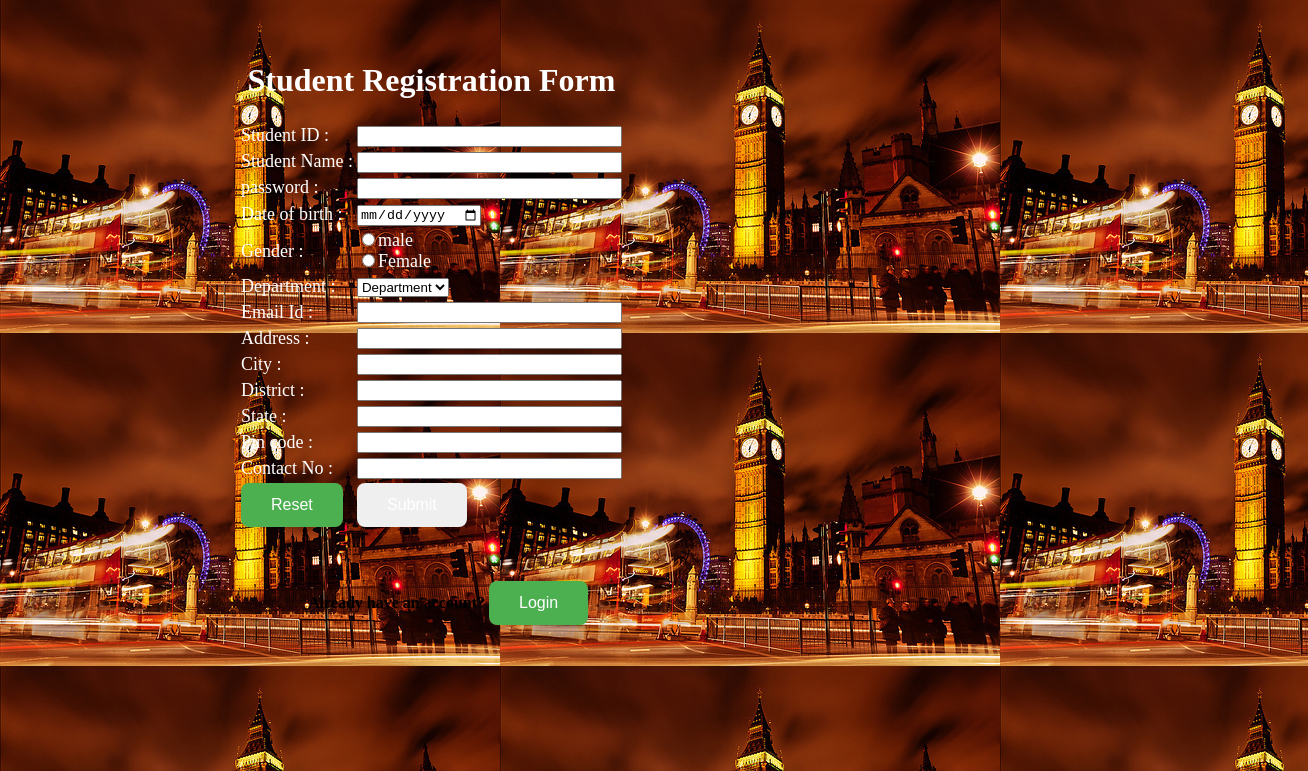
Repository: srikanthModugu/jdbc-servlet-jsp
Page: SutudentRegistration/WebContent/Registration.html
The author's editor kept a copy of each file at every save. The page is drawn from the files as they stood at one save, then again after the next save.
The browser window is 1280 px wide. The page is 1308 px wide, so the pictures cover 1308 px, including what lies to the right of the window. The pictures show the whole page.

Above is the page before, as saved 2017-10-02 14:44:11.
Console error: SyntaxError: Unexpected end of input

After the next save:
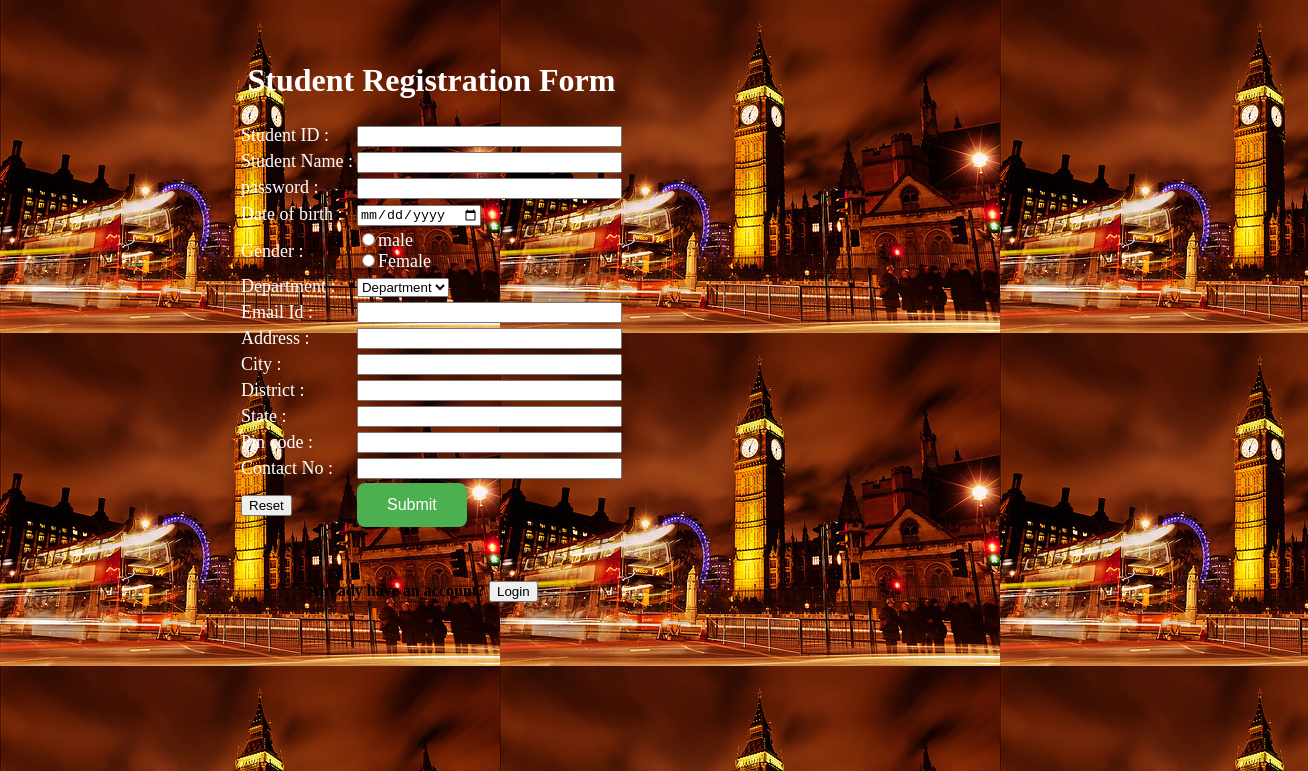
Saved 23 s later.
--- a/SutudentRegistration/WebContent/Registration.html
+++ b/SutudentRegistration/WebContent/Registration.html
@@ -4,7 +4,7 @@
 <meta charset="UTF-8">
 <title>Registration Page</title>
 <style type="text/css">
-button {
+.button {
 	border: none;
 	border-radius: 8px;
 	color: white;
